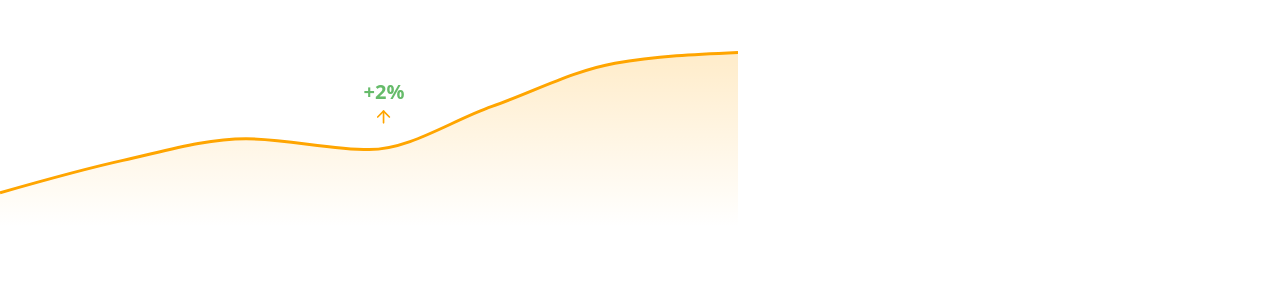
Repository: SharonSebastian32/reacharts
Page: /
The author's editor kept a copy of each file at every save. The page is drawn from the files as they stood at one save, then again after a run of saves.
The browser window is 1280 px wide. The pictures show the whole page.
The project was rebuilt for these pictures with package versions that can differ from the ones it lists, and the page was loaded fresh each time. Also part of the build but not shown: vite.config.js.

Above is the page before, as saved 2025-03-20 23:00:38.

### src/App.jsx
import GrowthGraph from "./Components/CurveGraph";
function App() {
  return (
    <>
      <GrowthGraph />
    </>
  );
}

export default App;

### src/Components/CurveGraph.jsx
// components/GrowthGraph.jsx
import React from "react";
import "./CurveGraph.scss";
import {
  AreaChart,
  Area,
  XAxis,
  YAxis,
  CartesianGrid,
  ResponsiveContainer,
} from "recharts";

const GrowthGraph = () => {
  // Sample data to create the desired curve
  const data = [
    { name: "Jan", value: 20 },
    { name: "Feb", value: 35 },
    { name: "Mar", value: 45 },
    { name: "Apr", value: 40 },
    { name: "May", value: 60 },
    { name: "Jun", value: 80 },
    { name: "Jul", value: 85 },
  ];

  return (
    <div className="growth-graph-container">
      <ResponsiveContainer width="100%" height="100%">
        <AreaChart
          data={data}
          margin={{ top: 20, right: 30, left: 0, bottom: 20 }}
        >
          <defs>
            <linearGradient id="colorGradient" x1="0" y1="0" x2="0" y2="1">
              <stop offset="5%" stopColor="orange" stopOpacity={0.2} />
              <stop offset="95%" stopColor="orange" stopOpacity={0} />
            </linearGradient>
          </defs>
          <CartesianGrid vertical={false} horizontal={false} />
          <XAxis dataKey="name" hide={true} />
          <YAxis hide={true} />
          <Area
            type="monotone"
            dataKey="value"
            stroke="orange"
            strokeWidth={3}
            fillOpacity={1}
            fill="url(#colorGradient)"
            dot={false}
            activeDot={false}
            isAnimationActive={true}
            animationDuration={1500}
          />
        </AreaChart>
      </ResponsiveContainer>

      {/* Growth indicator */}
      <div className="growth-indicator">
        +2%
        <div className="arrow-container">
          <svg
            width="20"
            height="20"
            viewBox="0 0 24 24"
            fill="none"
            xmlns="http://www.w3.org/2000/svg"
          >
            <path
              d="M12 19L12 5"
              stroke="orange"
              strokeWidth="2"
              strokeLinecap="round"
              strokeLinejoin="round"
            />
            <path
              d="M5 12L12 5L19 12"
              stroke="orange"
              strokeWidth="2"
              strokeLinecap="round"
              strokeLinejoin="round"
            />
          </svg>
        </div>
      </div>
    </div>
  );
};

export default GrowthGraph;

### src/Components/CurveGraph.scss
$green-400: #66bb6a;
$white: #ffffff;

.growth-graph-container {
  width: 60%;
  height: 16rem;
  background-color: $white;
  position: relative;
}

.growth-indicator {
  position: absolute;
  color: $green-400;
  font-weight: 700;
  font-size: 1.25rem;
  left: 50%;
  top: 40%;
  transform: translate(-50%, -50%);

  .arrow-container {
    display: flex;
    justify-content: center;
  }
}

Loaded but not shown: index.html (common file); src/main.jsx (common file); src/index.css (common file)

After the next 2 saves:
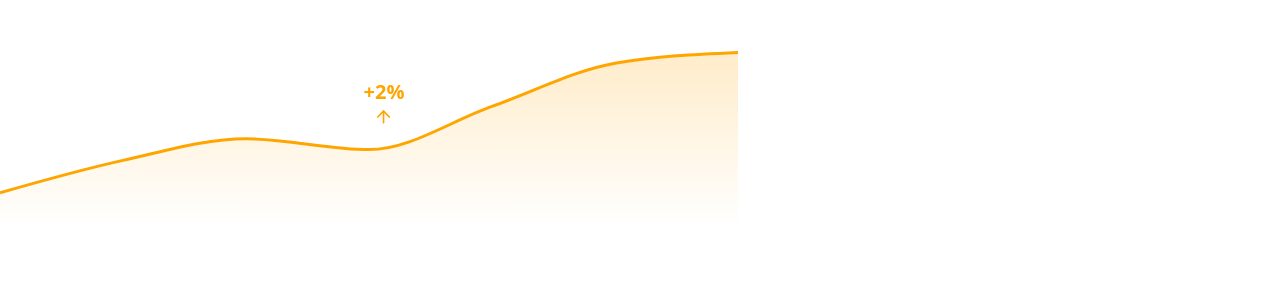
The 2 saves are shown as one change because they came seconds apart.
The last was saved 13 s later.
--- a/src/Components/CurveGraph.scss
+++ b/src/Components/CurveGraph.scss
@@ -1,4 +1,4 @@
-$green-400: #66bb6a;
+$green-400: orange;
 $white: #ffffff;
 
 .growth-graph-container {
